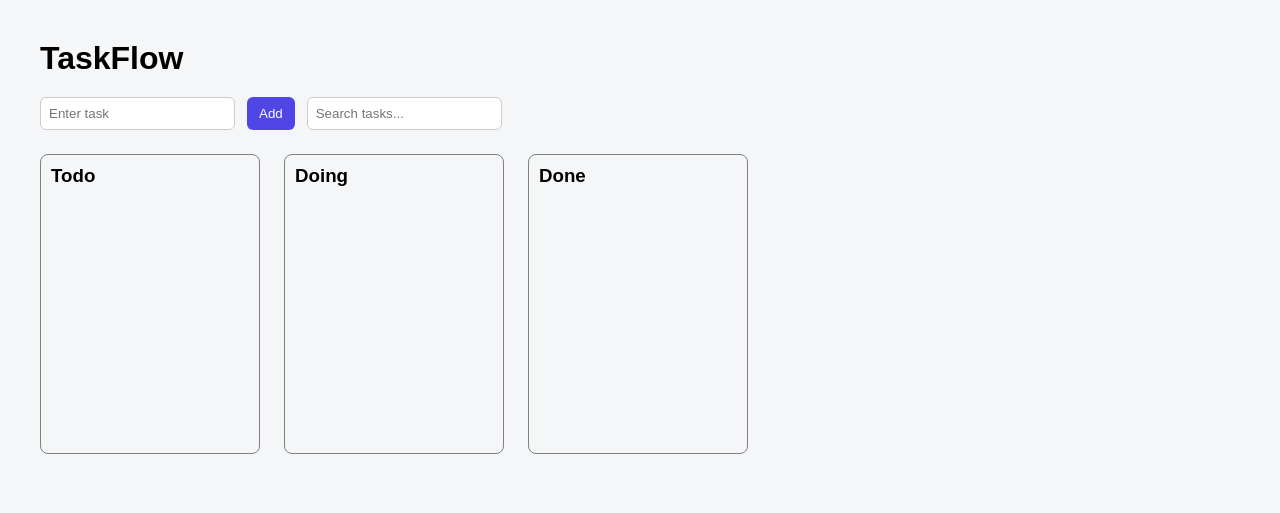
Repository: lissaintech/TaskFlow
Page: /
An editor plug-in stored every save of this project. The page is shown before and after the next save, followed by the edit.
The browser window is 1280 px wide. The pictures show the whole page.
The project was rebuilt for these pictures with package versions that can differ from the ones it lists, and the page was loaded fresh each time. Also part of the build but not shown: vite.config.js.

Above is the page before, as saved 2026-02-12 19:59:42.

After the next save:
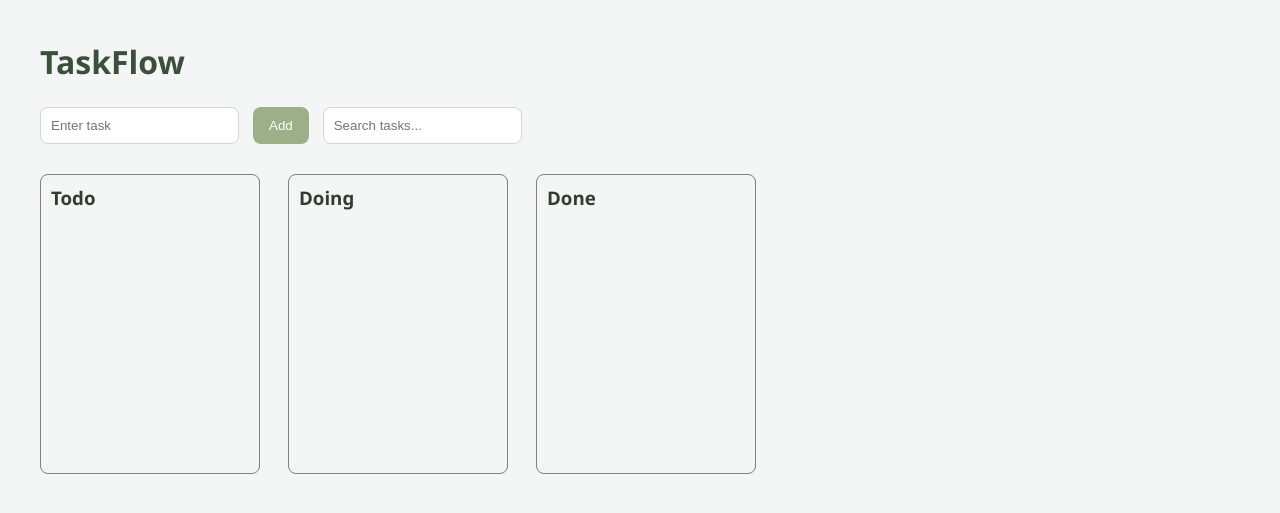
Saved 74 s later.
--- a/src/App.css
+++ b/src/App.css
@@ -1,73 +1,103 @@
 .app {
   padding: 40px;
   min-height: 100vh;
+  background: #f3f6f4;
+  font-family: 'Segoe UI', sans-serif;
+  color: #2f3e2f;
 }
 
 h1 {
-  margin-bottom: 20px;
+  margin-bottom: 24px;
   font-size: 32px;
+  color: #3c4f3c;
 }
 
 .top-bar {
   display: flex;
-  gap: 12px;
-  margin-bottom: 24px;
+  gap: 14px;
+  margin-bottom: 30px;
 }
 
 .top-bar input {
-  padding: 8px;
-  border: 1px solid #ccc;
-  border-radius: 6px;
+  padding: 10px;
+  border: 1px solid #cdd8ce;
+  border-radius: 8px;
+  background: white;
+  outline: none;
+  transition: 0.2s ease;
+}
+
+.top-bar input:focus {
+  border-color: #9caf88;
+  box-shadow: 0 0 0 2px rgba(156, 175, 136, 0.2);
 }
 
 .top-bar button {
-  padding: 8px 12px;
+  padding: 10px 16px;
   border: none;
-  background: #4f46e5;
+  background: #9caf88;
   color: white;
-  border-radius: 6px;
+  border-radius: 8px;
   cursor: pointer;
+  font-weight: 500;
+  transition: 0.2s ease;
 }
 
 .top-bar button:hover {
-  opacity: 0.9;
+  background: #6e8b6b;
 }
 
 .board {
   display: flex;
-  gap: 24px;
+  gap: 28px;
   align-items: flex-start;
 }
 
 .column {
-  background: #ebecf0;
-  padding: 16px;
-  border-radius: 12px;
+  background: #e3ebe4;
+  padding: 18px;
+  border-radius: 14px;
   width: 260px;
-  min-height: 400px;
+  min-height: 420px;
+  transition: 0.2s ease;
 }
 
 .column h3 {
-  margin-bottom: 12px;
+  margin-bottom: 14px;
+  color: #3c4f3c;
 }
 
 .task-card {
   background: white;
-  padding: 10px;
-  margin-bottom: 10px;
-  border-radius: 8px;
-  box-shadow: 0 2px 6px rgba(0,0,0,0.08);
+  padding: 12px;
+  margin-bottom: 12px;
+  border-radius: 10px;
+  box-shadow: 0 4px 10px rgba(110, 139, 107, 0.08);
   transition: 0.2s ease;
   cursor: grab;
+  display: flex;
+  align-items: center;
+  justify-content: space-between;
 }
 
 .task-card:hover {
-  transform: translateY(-2px);
+  transform: translateY(-3px);
+  box-shadow: 0 6px 14px rgba(110, 139, 107, 0.15);
+}
+
+.task-card span {
+  flex: 1;
 }
 
 .task-card button {
-  margin-left: 6px;
   border: none;
   background: transparent;
   cursor: pointer;
+  margin-left: 8px;
+  font-size: 14px;
+  transition: 0.2s ease;
 }
+
+.task-card button:hover {
+  transform: scale(1.1);
+}
